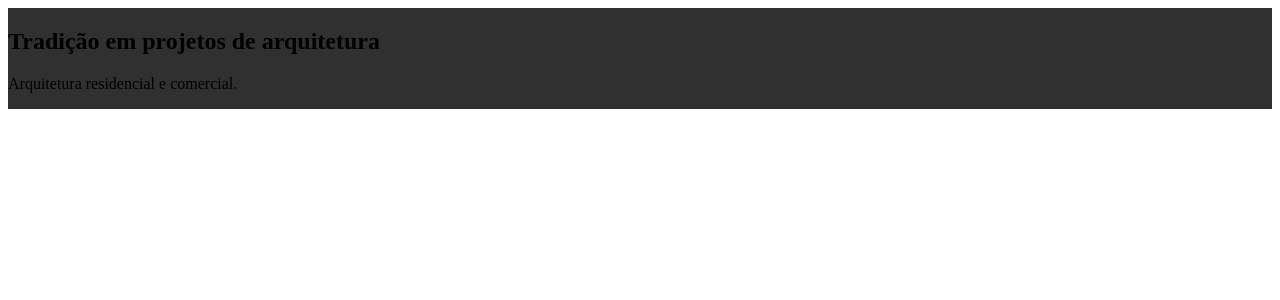
Repository: kleber-goncalves/RID196047_Desafio01
Page: index.html
The author's editor kept a copy of each file at every save. The page is drawn from the files as they stood at one save, then again after the next save.
The browser window is 1280 px wide. The pictures show the whole page.

Above is the page before, as saved 2024-12-18 16:14:19.

After the next save:
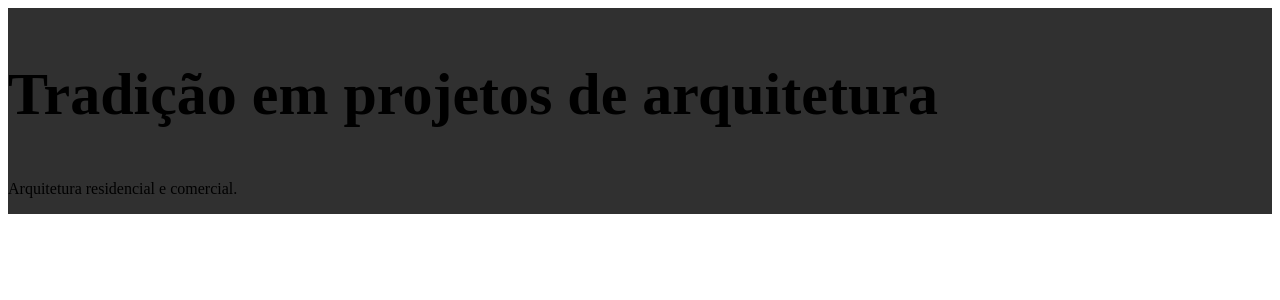
Saved 16 s later.
--- a/style.css
+++ b/style.css
@@ -13,5 +13,8 @@
 }
 
 #txt-topo {
-
+    font-size: 60px;
+    font-style: normal;
+    font-weight: 600;
+    line-height: 72px;
 }
